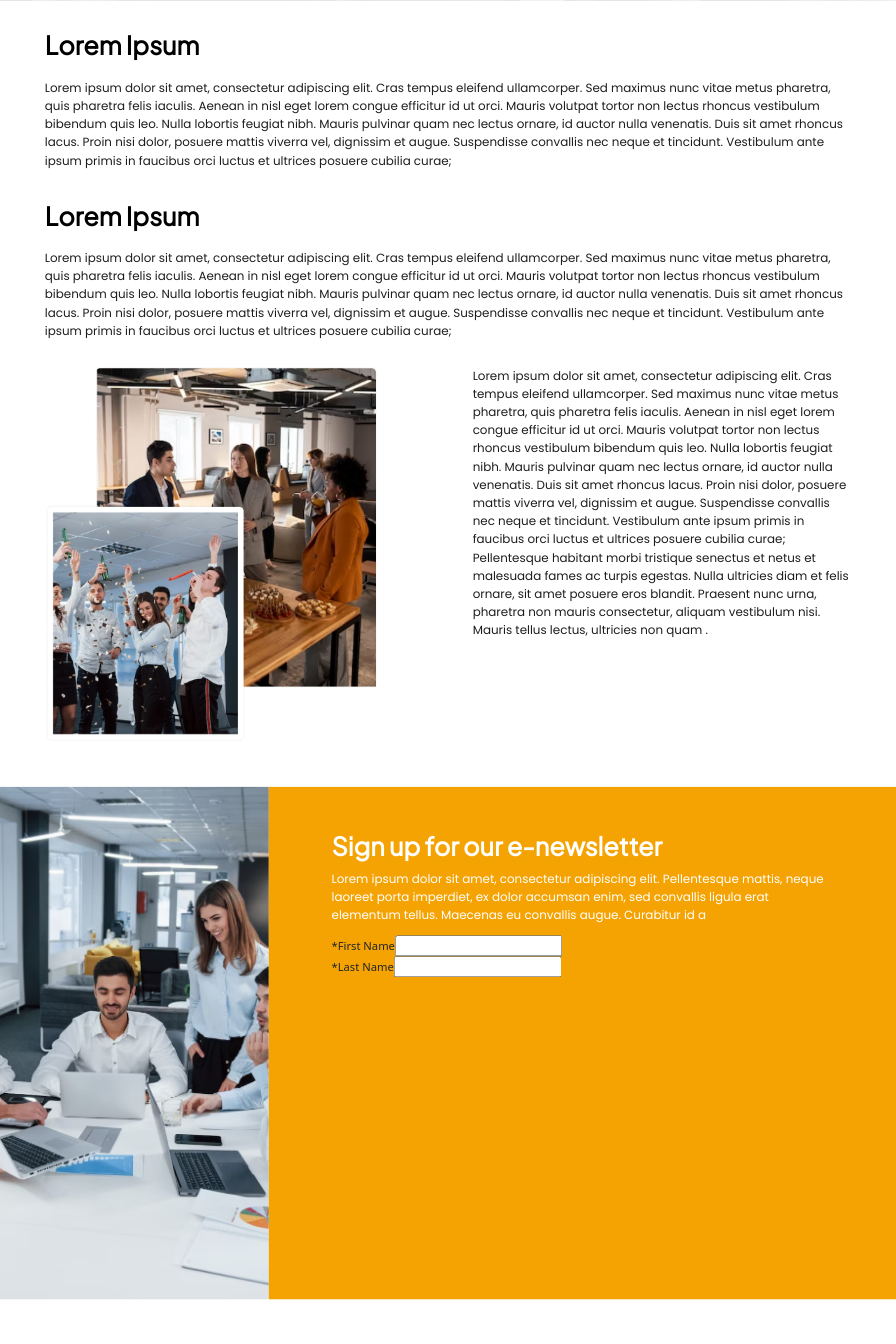
Repository: Akash8377/Hospitality-website
Page: /about-us
The author's editor kept a copy of each file at every save. The page is drawn from the files as they stood at one save, then again after a run of saves.
The browser window is 1280 px wide. The pictures show the part of the page from y = 683 to 2603 px (the page is 2603 px tall), at 70% of full size.
Some web libraries are served in a nearby version. The project was rebuilt for these pictures with package versions that can differ from the ones it lists, and the page was loaded fresh each time. Also part of the build but not shown: src/Component/Partial/heading-cont.js, src/Component/Shared/about-us.js, src/Component/Shared/Banner.js, src/Component/Shared/popular-jobs.js, src/Component/Sliders/ServiceSlider.js, src/Component/Sliders/ReviewSlider.js, src/Component/Partial/index-banner.js, src/Component/Partial/index-buisness-banner.js and 2 more.

Above is the page before, as saved 2023-07-07 12:08:38.

After the next 2 saves:
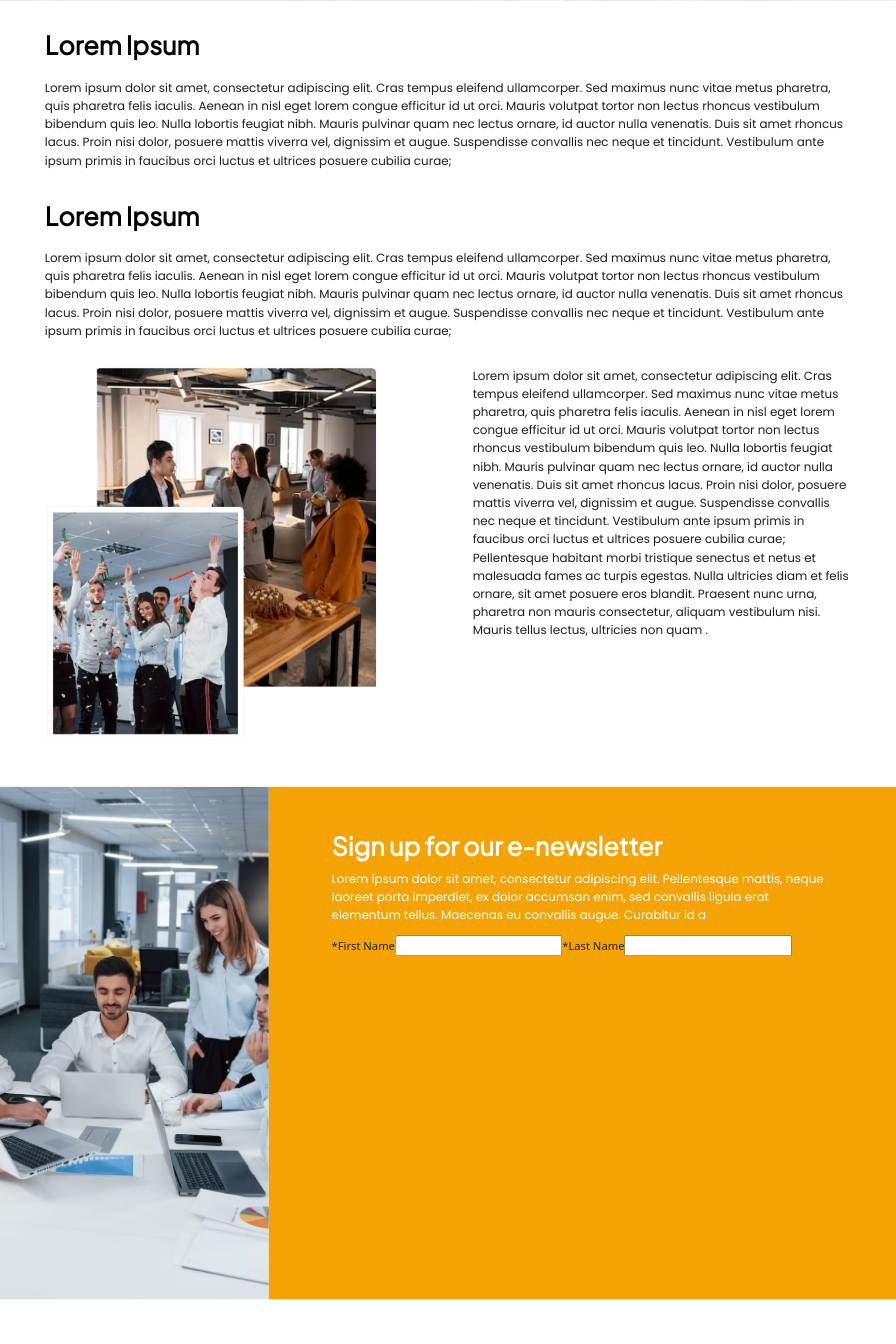
The 2 saves are shown as one change because they came seconds apart.
The last was saved 10 s later.
--- a/src/Css/Lap.css
+++ b/src/Css/Lap.css
@@ -803,4 +803,7 @@
 .About-Us_Newsletter .right .content form{
   margin-top: 2%;
 }
-.About-Us_Newsletter .right .content form .
+.About-Us_Newsletter .right .content form .Two_Inputs {
+  display: flex;
+  gap
+}
